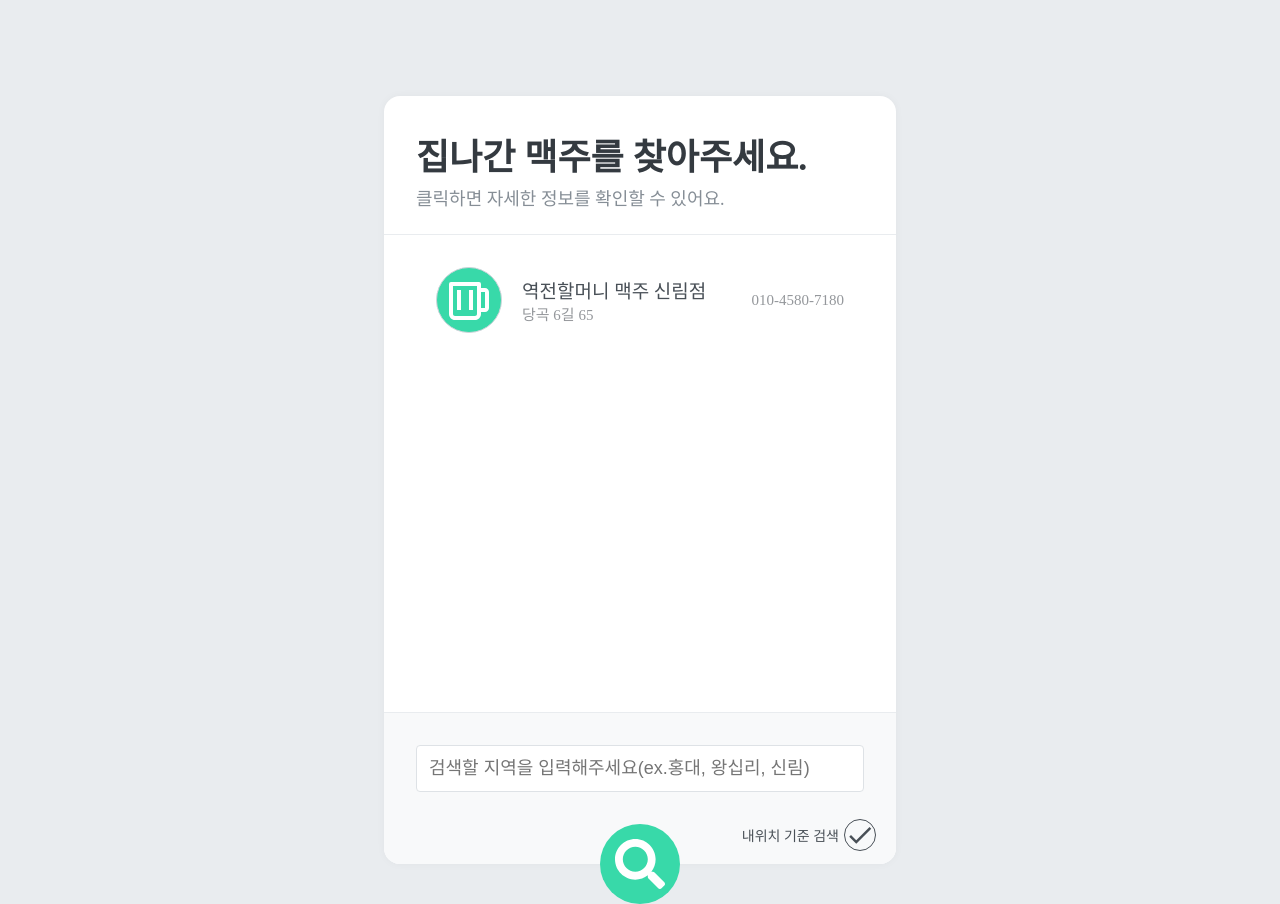
Repository: THE-SOPT-WEB/kimNamjun
Page: / (app in week4/bring-my-beer/)
These files come from the project's save history. The page is drawn as it stood at one moment and after the next save; the edit follows.
The browser window is 1280 px wide. The pictures show the whole page.
The project was rebuilt for these pictures with package versions that can differ from the ones it lists, and the page was loaded fresh each time.

Above is the page before, as saved 2022-05-13 03:13:30.

### week4/bring-my-beer/public/index.html
<!DOCTYPE html>
<html lang="en">
  <head>
    <meta charset="utf-8" />
    <link rel="icon" href="%PUBLIC_URL%/favicon.ico" />
    <meta name="viewport" content="width=device-width, initial-scale=1" />
    <meta name="theme-color" content="#000000" />
    <meta
      name="description"
      content="Web site created using create-react-app"
    />
    <link rel="apple-touch-icon" href="%PUBLIC_URL%/logo192.png" />
    <!--
      manifest.json provides metadata used when your web app is installed on a
      user's mobile device or desktop. See https://developers.google.com/web/fundamentals/web-app-manifest/
    -->
    <link rel="manifest" href="%PUBLIC_URL%/manifest.json" />
    <!--
      Notice the use of %PUBLIC_URL% in the tags above.
      It will be replaced with the URL of the `public` folder during the build.
      Only files inside the `public` folder can be referenced from the HTML.

      Unlike "/favicon.ico" or "favicon.ico", "%PUBLIC_URL%/favicon.ico" will
      work correctly both with client-side routing and a non-root public URL.
      Learn how to configure a non-root public URL by running `npm run build`.
    -->
    <title>우리동네 맥주집</title>
  </head>
  <body>
    <noscript>You need to enable JavaScript to run this app.</noscript>
    <div id="root"></div>
    <!--
      This HTML file is a template.
      If you open it directly in the browser, you will see an empty page.

      You can add webfonts, meta tags, or analytics to this file.
      The build step will place the bundled scripts into the <body> tag.

      To begin the development, run `npm start` or `yarn start`.
      To create a production bundle, use `npm run build` or `yarn build`.
    -->
  </body>
</html>

### week4/bring-my-beer/src/App.js
import React from 'react';
import { createGlobalStyle } from 'styled-components';
import Template from './components/Template';
import Header from './components/Header';
import List from './components/List';
import Search from './components/Search';
import SkeletonItem from './components/SkeletonItem';


const GlobalStyle = createGlobalStyle`
  body {
    background: #e9ecef;
  }
`;

function App() {
  return (
    <>
      <GlobalStyle />
      <Template>
        <Header />
        <List />
        <Search />
      </Template>
    </>
  );
}

export default App;

### week4/bring-my-beer/src/components/Template.jsx
import React from 'react';
import styled from 'styled-components';

const TemplateBlock = styled.div`
  width: 512px;
  height: 768px;

  position: relative;
  background: white;
  border-radius: 16px;
  box-shadow: 0 0 8px 0 rgba(0, 0, 0, 0.04);

  margin: 0 auto;

  margin-top: 96px;
  margin-bottom: 32px;
  display: flex;
  flex-direction: column;
`;

function Template({ children }) {
  return <TemplateBlock>{children}</TemplateBlock>;
}

export default Template;

### week4/bring-my-beer/src/components/Header.jsx
import React from 'react';
import styled from 'styled-components';

const HeaderBlock = styled.div`
  padding: 32px 32px 24px 32px;
  border-bottom: 1px solid #e9ecef;
  h1 {
    margin: 0;
    font-size: 36px;
    color: #343a40;
  }
  .tip {
    margin-top: 4px;
    color: #868e96;
    font-size: 18px;
  }
`;

function Header() {
  return (
    <HeaderBlock>
      <h1>집나간 맥주를 찾아주세요. </h1>
      <div className="tip">클릭하면 자세한 정보를 확인할 수 있어요.</div>
    </HeaderBlock>
  );
}

export default Header;

### week4/bring-my-beer/src/components/List.jsx
import React from 'react';
import axios from "axios";
import Skeleton, { SkeletonTheme } from 'react-loading-skeleton'
import styled from 'styled-components';
import Item from './Item';

const ListBlock = styled.div`
  flex: 1;
  padding: 20px 32px;
  padding-bottom: 48px;
  overflow-y: auto;
`;

function List() {
  return (
    <ListBlock>
      <Item title="역전할머니 맥주 신림점" adress='당곡 6길 65' contact='010-4580-7180'/>
    </ListBlock>
  );
}

export default List;

### week4/bring-my-beer/src/components/Search.jsx
import React, {useState} from 'react';
import styled, {css} from 'styled-components';
import { FaSearch } from 'react-icons/fa';
import { MdDone } from 'react-icons/md';

const CircleButton = styled.button`
  background: #38d9a9;
  &:hover {
    background: #63e6be;
  }
  &:active {
    background: #20c997;
  }

  cursor: pointer;
  width: 80px;
  height: 80px;
  display: block;
  align-items: center;
  justify-content: center;
  font-size: 50px;
  position: absolute;
  left: 50%;
  bottom: 0px;
  transform: translate(-50%, 50%);
  color: white;
  border-radius: 50%;
  border: none;
  outline: none;
  display: flex;
  align-items: center;
  justify-content: center;
  transition: 0.125s all ease-in;

`;

const InsertFormPositioner = styled.div`
  width: 100%;
  bottom: 0;
  left: 0;
  position: absolute;
`;

const InsertForm = styled.form`
  background: #f8f9fa;
  padding: 32px 32px 72px 32px;
  border-bottom-left-radius: 16px;
  border-bottom-right-radius: 16px;
  border-top: 1px solid #e9ecef;
`;

const Input = styled.input`
  padding: 12px;
  border-radius: 4px;
  border: 1px solid #dee2e6;
  width: 100%;
  outline: none;
  font-size: 18px;
  box-sizing: border-box;
`;

const CheckBox = styled.div`
  font-size: 14px;
  position: absolute;
  right: 20px;
  bottom: 5px;
  display: flex;
  align-items: center;
  justify-content: center;
  transition: 0.125s all ease-in;
  color: #495057;
`

const SmallCheckButton = styled.div`
  &:hover {
    border: 1px solid #38d9a9;
    color:#38d9a9;
  }
  &:active {
    border: 1px solid #20c997;;
    color:#20c997;;
  }

  cursor: pointer;
  width: 30px;
  height: 30px;
  font-size: 50px;
  color: #495057;
  border: 1px solid #495057;
  border-radius: 50%;
  margin-left: 5px;
  display: flex;
  align-items: center;
  justify-content: center;

  transition: 0.125s all ease-in;
  ${props =>
    props.checked &&
    css`
      border: 1px solid #38d9a9;
      color:#38d9a9;
    `}
`

function Search() {

  const [checked, setChecked] = useState(false);

  const onToggle = () => setChecked(!checked);

  return (
    <>
        <InsertFormPositioner>
          <InsertForm>
            <Input autoFocus placeholder="검색할 지역을 입력해주세요(ex.홍대, 왕십리, 신림)" disabled={checked ? true : false } />
          </InsertForm>
        </InsertFormPositioner>
      <CircleButton>
        <FaSearch/>
      </CircleButton>
      <CheckBox>
        <p> 내위치 기준 검색</p>
        <SmallCheckButton onClick={onToggle} checked={ checked ? true : false }>
          <MdDone/>
        </SmallCheckButton>
      </CheckBox>

    </>
  );
}

export default Search;

### week4/bring-my-beer/src/components/Item.jsx
import React from 'react';
import styled  from 'styled-components';
import { BiBeer } from 'react-icons/bi';

const ItemBlock = styled.div`
  display: flex;
  align-items: center;
  padding: 12px 20px;
  border-radius:10px;
  transition: 0.25s all ease-in;
  cursor: pointer;
  &:hover{
    transform: scale(1.05);
  }
`;

const Icon = styled.div`
  width: 64px;
  height: 64px;
  border-radius: 50px;
  border: 1px solid #ced4da;
  font-size: 48px;
  display: flex;
  align-items: center;
  justify-content: center;
  margin-right: 20px;
  cursor: pointer;
  background-color: #38d9a9;
  color: #fff;
`;

const Title = styled.div`
  flex: 1;
  font-size: 19px;
  color: #495057;
`;

const Adress = styled.div`
  font-size: 15px;
  color: #94979b;
`

const  Contact = styled.div`
  font-size: 15px;
  color: #94979b;
`

function Item({ title,adress,contact }) {
  return (
    <ItemBlock>
      <Icon >
        <BiBeer />
      </Icon>
      <Title >{title}
        <Adress>{adress}</Adress>
      </Title>
      <Contact>{contact}</Contact>
    </ItemBlock>
  );
}

export default Item;

### week4/bring-my-beer/src/components/SkeletonItem.jsx
import React from 'react';
import styled  from 'styled-components';
import { BiBeer } from 'react-icons/bi';

const ItemBlock = styled.div`
  display: flex;
  align-items: center;
  padding: 12px 20px;
  border-radius:10px;
  transition: 0.25s all ease-in;
  cursor: pointer;
  &:hover{
    transform: scale(1.05);
  }
`;

const Icon = styled.div`
  width: 64px;
  height: 64px;
  border-radius: 50px;
  border: 1px solid #ced4da;
  font-size: 48px;
  display: flex;
  align-items: center;
  justify-content: center;
  margin-right: 20px;
  cursor: pointer;
  background-color: #38d9a9;
  color: #fff;
`;

const Title = styled.div`
  flex: 1;
  font-size: 19px;
  color: #495057;
`;

const Adress = styled.div`
  font-size: 15px;
  color: #94979b;
`

const  Contact = styled.div`
  font-size: 15px;
  color: #94979b;
`

function SkeletonItem({ title,adress,contact }) {
  return (
    <ItemBlock>
      <Icon >
        <BiBeer />
      </Icon>
      <Title >{title}
        <Adress>{adress}</Adress>
      </Title>
      <Contact>{contact}</Contact>
    </ItemBlock>
  );
}

export default SkeletonItem;

Loaded but not shown: week4/bring-my-beer/src/index.js (common file)

After the next save:
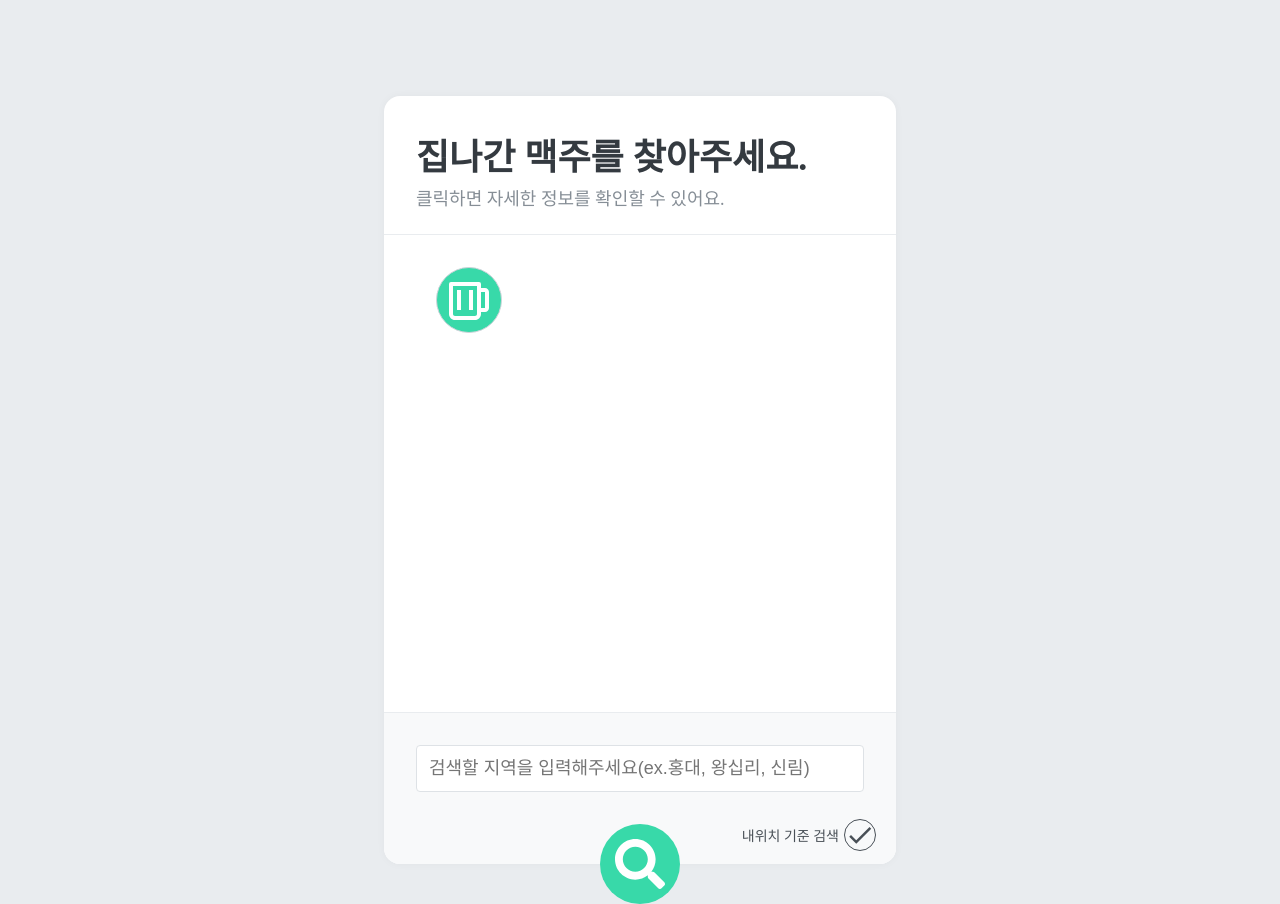
Saved 4 min 2 s later.
--- a/week4/bring-my-beer/src/components/List.jsx
+++ b/week4/bring-my-beer/src/components/List.jsx
@@ -3,6 +3,7 @@ import axios from "axios";
 import Skeleton, { SkeletonTheme } from 'react-loading-skeleton'
 import styled from 'styled-components';
 import Item from './Item';
+import SkeletonItem from './SkeletonItem';
 
 const ListBlock = styled.div`
   flex: 1;
@@ -14,7 +15,7 @@ const ListBlock = styled.div`
 function List() {
   return (
     <ListBlock>
-      <Item title="역전할머니 맥주 신림점" adress='당곡 6길 65' contact='010-4580-7180'/>
+      <SkeletonItem/>
     </ListBlock>
   );
 }
